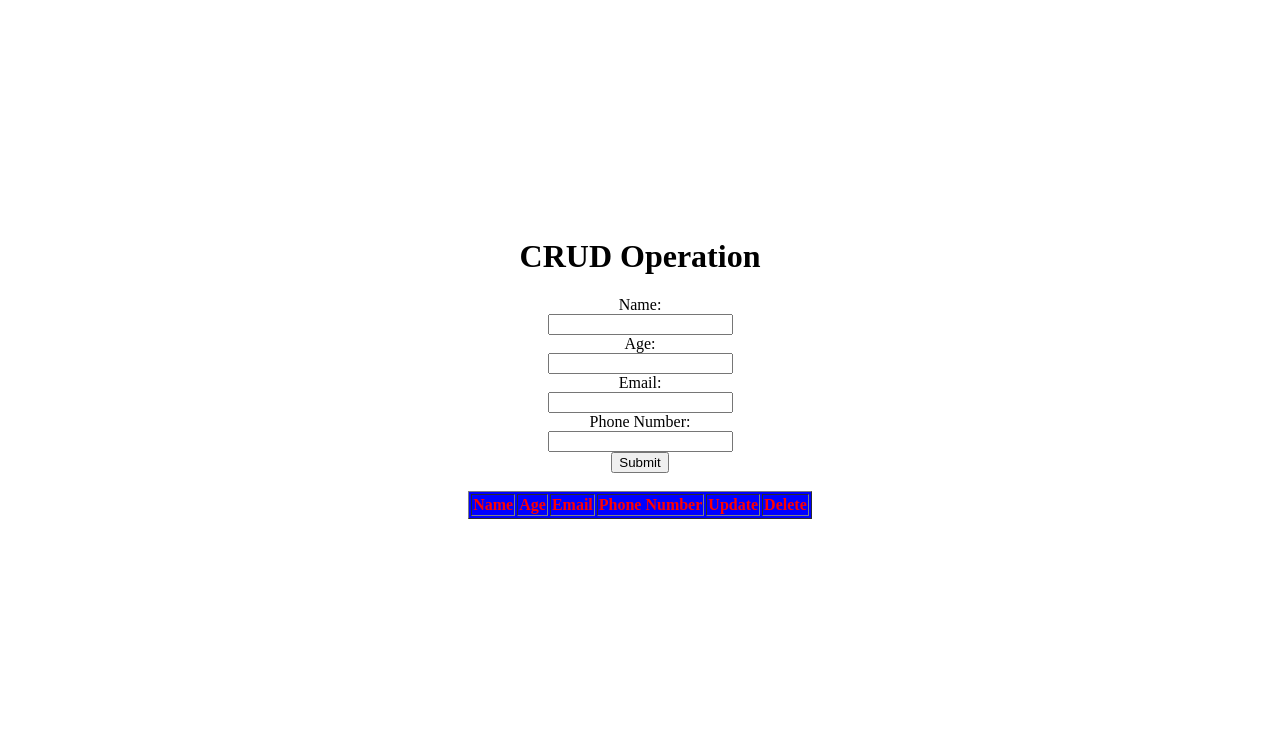
Repository: Josephkennedy603/CRUD-Operation
Page: /
An editor plug-in stored every save of this project. The page is shown before and after the next save, followed by the edit.
The browser window is 1280 px wide. The pictures show the whole page.
The page's requests for data from a server got no answer. The project was rebuilt for these pictures with package versions that can differ from the ones it lists, and the page was loaded fresh each time. No one was signed in, and anything a server would have sent is missing. Also part of the build but not shown: src/index.css, src/interview.jsx.

Above is the page before, as saved 2024-03-14 01:37:52.

After the next save:
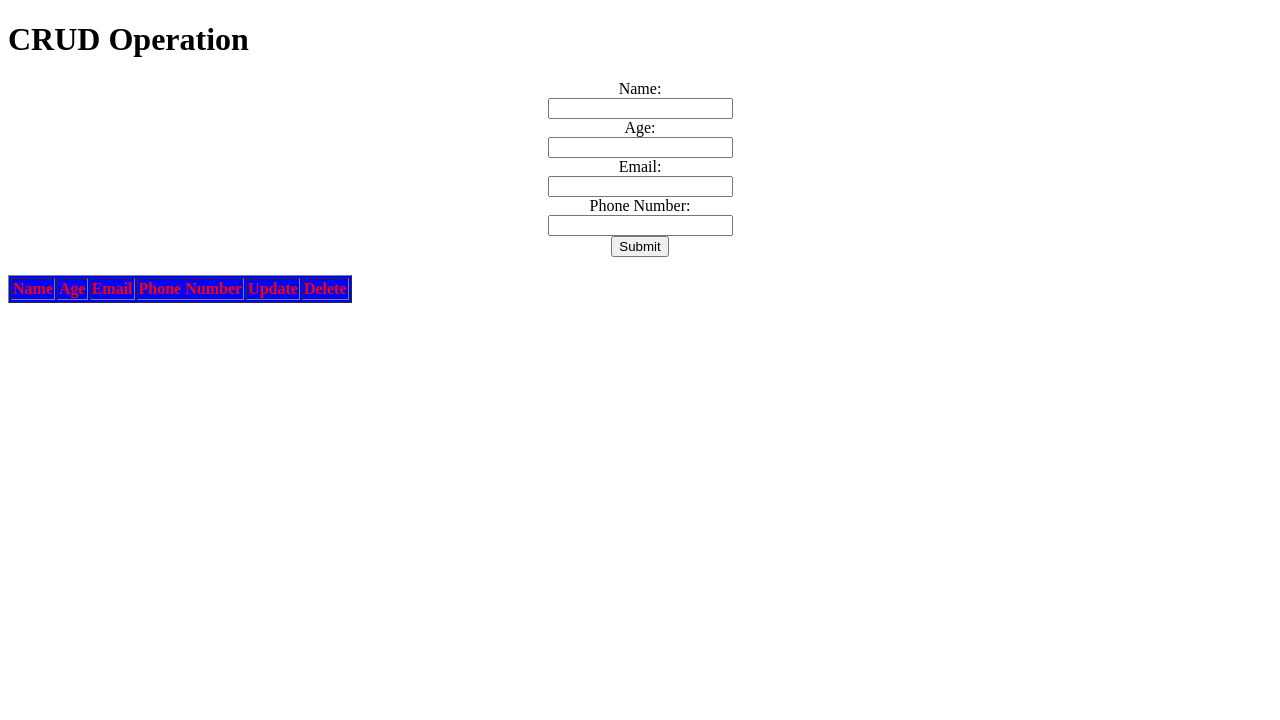
Saved 6 min 28 s later.
--- a/src/App.css
+++ b/src/App.css
@@ -1,10 +1,10 @@
 .main-container {
-  display: flex;
+  /* display: flex;
   flex-direction: column;
   justify-content: center;
   align-items: center;
 
-  height: 100vh;
+  height: 100vh; */
 }
 
 .main-container form {
